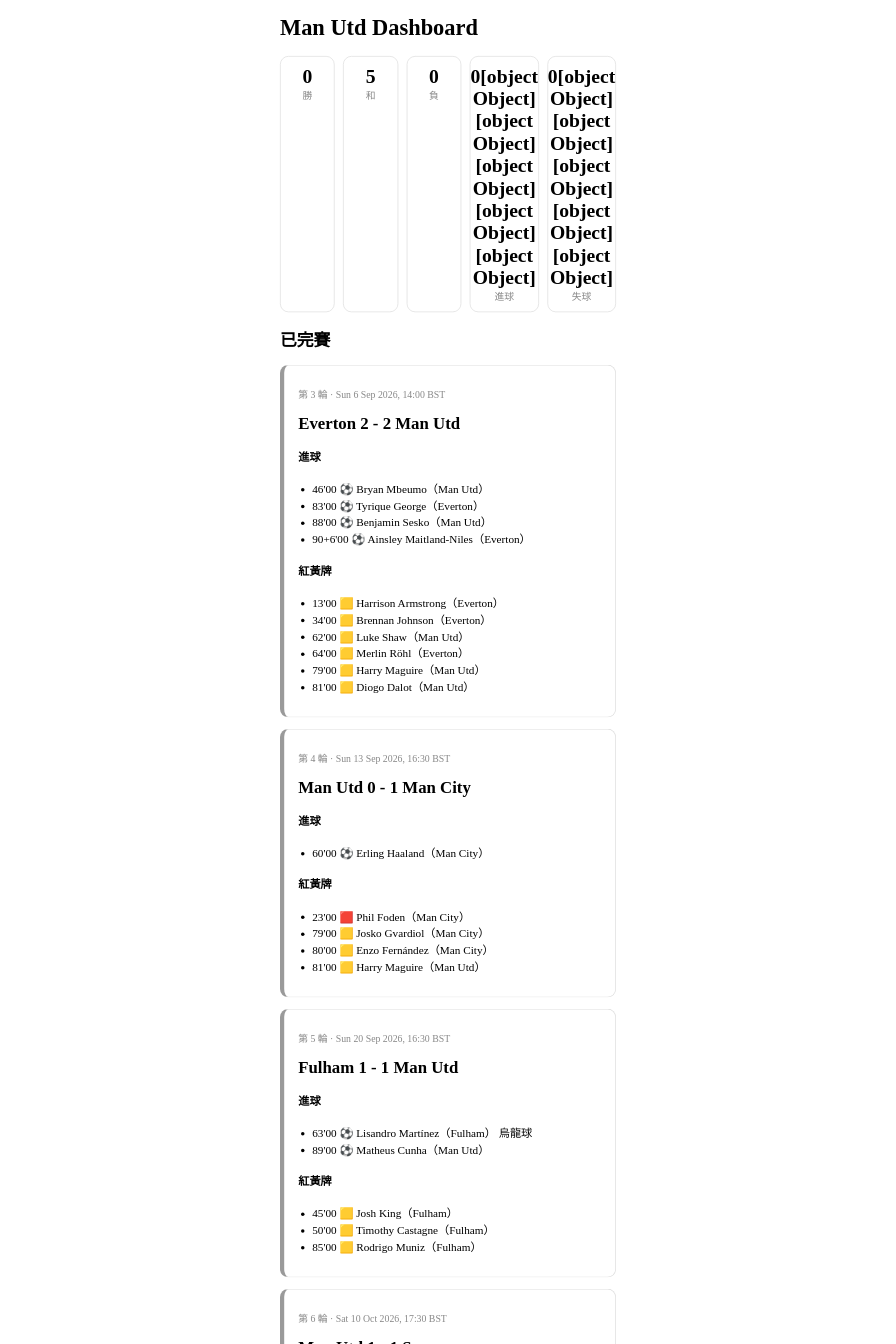
Repository: Chengyu0814/Premier-League-Dashboard
Page: / (app in frontend/)
These files come from the project's save history. The page is drawn as it stood at one moment and after a run of saves; the edit follows.
The browser window is 1280 px wide. The pictures show the part of the page from y = 0 to 1920 px (the page is 3296 px tall), at 70% of full size.
The project was rebuilt for these pictures with package versions that can differ from the ones it lists, and the page was loaded fresh each time. Also part of the build but not shown: frontend/vite.config.js.

Above is the page before, as saved 2026-10-26 16:25:41.

After the next 2 saves:
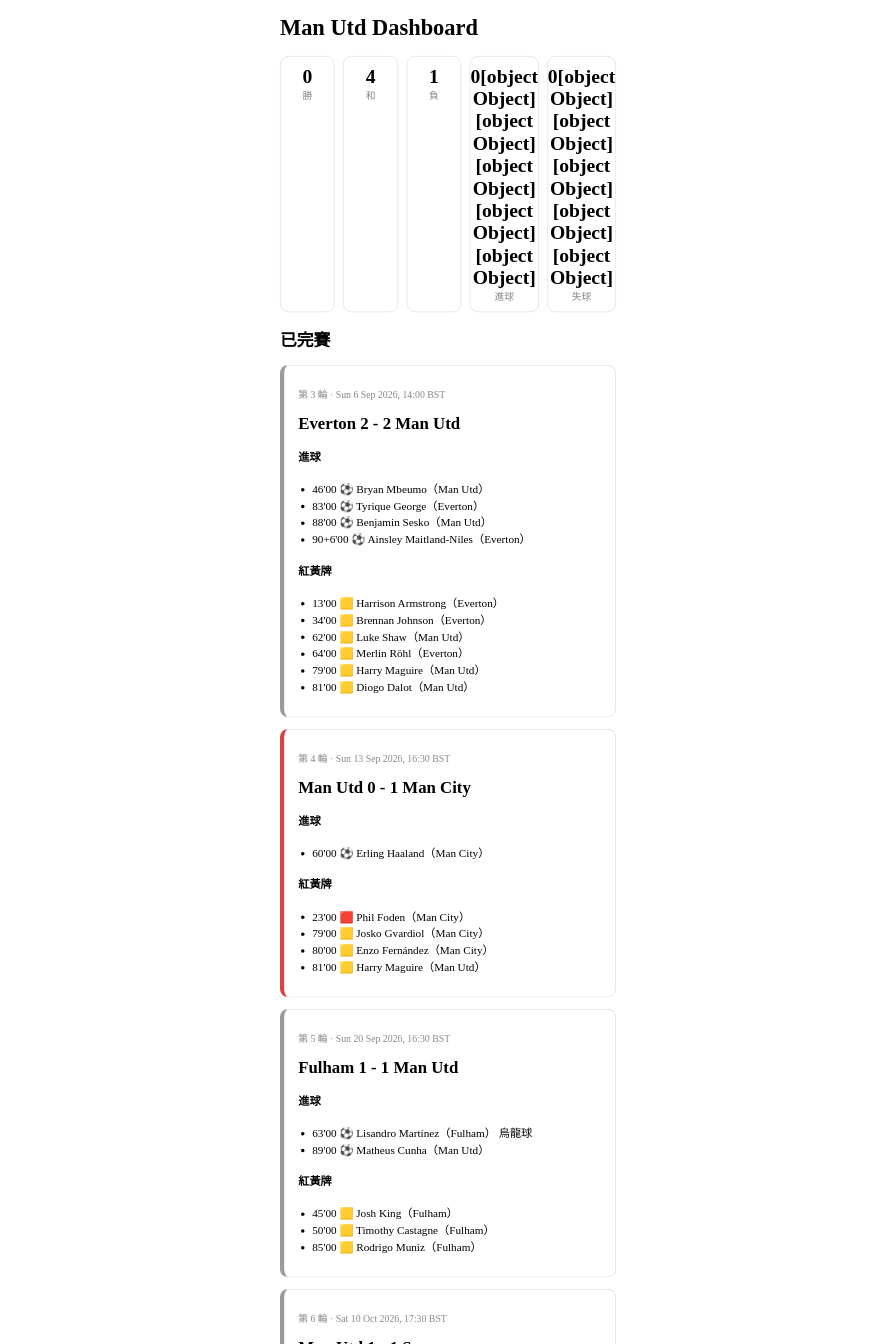
The 2 saves are shown as one change because they came seconds apart.
The last was saved 5 s later.
--- a/frontend/src/matchUtils.js
+++ b/frontend/src/matchUtils.js
@@ -12,7 +12,7 @@
 
     let result = 'D'
     if (us.score > them.score) result = 'W'
-    else if (us.score < them) result = 'L'
+    else if (us.score < them.score) result = 'L'
 
     return { us, them, result }
 }
